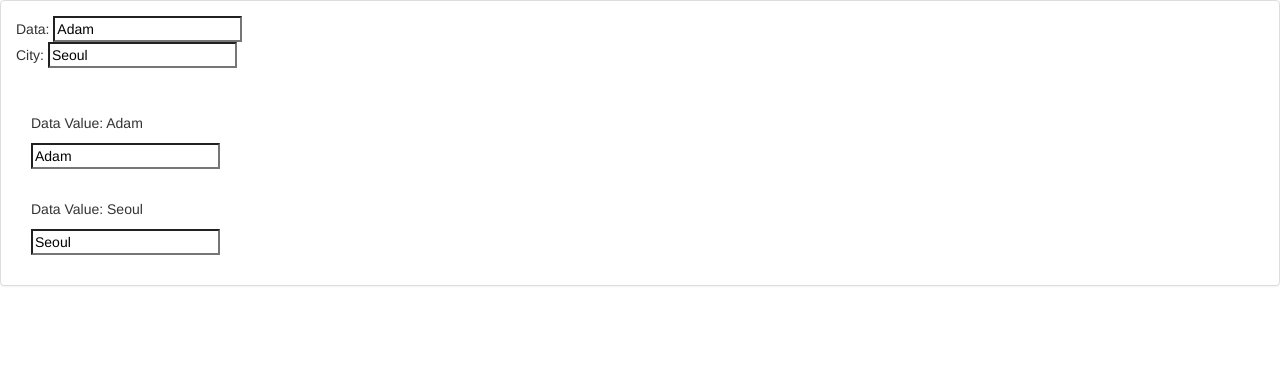
Repository: chisun-joung/workplace
Page: angularJS/WebContent/Chap16_CustomDirective/P500_Scope.html
An editor plug-in stored every save of this project. The page is shown before and after the next save, followed by the edit.
The browser window is 1280 px wide. The pictures show the whole page.
Some web libraries are served in a nearby version.

Above is the page before, as saved 2016-11-30 07:47:56.

### angularJS/WebContent/Chap16_CustomDirective/P500_Scope.html
<!DOCTYPE html>
<html ng-app="exampleApp">
<head>
	<title>Directive Scopes</title>
	<script src="https://ajax.googleapis.com/ajax/libs/angularjs/1.2.9/angular.js"></script>
	<link href="bootstrap.css" rel="stylesheet" />
	<link href="bootstrap-theme.css" rel="stylesheet" />
	<script type="text/ng-template" id="scopeTemplate">
		<div class="panel-body">
			<p>Data Value: {{local.name}}</p>
			<input ng-model="local.name" />
		</div>
		<div class="panel-body">
			<p>Data Value: {{city}}</p>
			<input ng-model="city" />
		</div>
	</script>
	<script type="text/javascript">
		angular.module("exampleApp", [])
			.directive("scopeDemo", function () {
				return {
					template: function() {
						return angular.element(document.querySelector("#scopeTemplate")).html();
					},
					scope:{
						// 연결관계를 끊고 자신이 속한 컨트롤러에서 필요한 데이터만
						// 연결해서 사용.
						// 서로 같은 주소값을 참조. 변수명 참조. 기본형도 동일
						// 디렉티브내부에서 사용할 변수명: = 태그프로퍼티명

						// 값으로 참조.
						// 디렉티브내부에서 사용할 변수명: @ 태그프로퍼티명

						// 함수를 전달할 목적으로 사용
						// 디렉티브내부에서 사용할 함수명: & 태그프로퍼티명

						local: '=userName',
						city: '@'
					}
				}
			})
		.controller("scopeCtrl", function ($scope) {
			$scope.data = { name: "Adam" };
			$scope.city = 'Seoul';

		});
	</script>
</head>
<body ng-controller="scopeCtrl">
	<div class="panel panel-default">
		<div class="panel-body">
			Data: <input ng-model="data.name" /><br>
			City: <input ng-model="city" />
		</div>
		<div class="panel-body"
			scope-demo
			user-name = "data"
			city="{{city}}"
			></div>
	</div>
</body>
</html>

Loaded but not shown: angularJS/WebContent/Chap16_CustomDirective/bootstrap.css (library); angularJS/WebContent/Chap16_CustomDirective/bootstrap-theme.css (library)

After the next save:
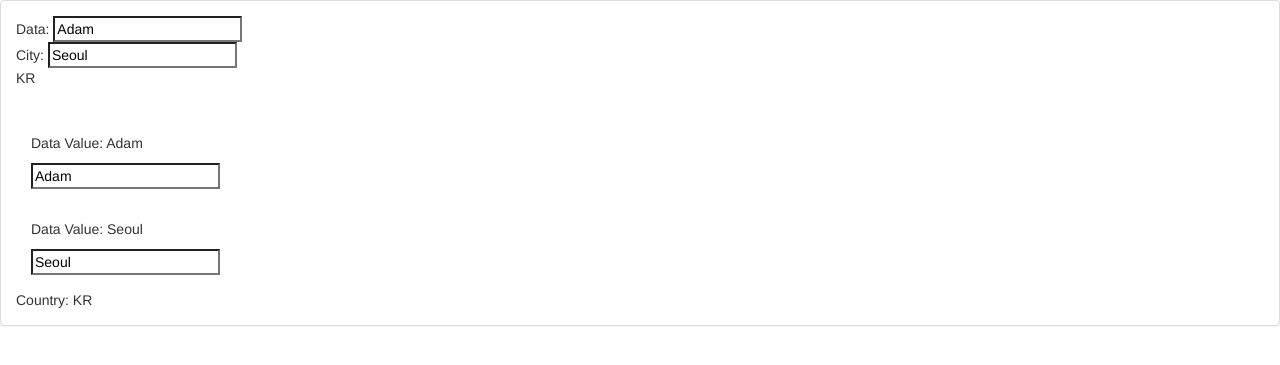
Saved 16 h 17 min later.
--- a/angularJS/WebContent/Chap16_CustomDirective/P500_Scope.html
+++ b/angularJS/WebContent/Chap16_CustomDirective/P500_Scope.html
@@ -14,6 +14,7 @@
 			<p>Data Value: {{city}}</p>
 			<input ng-model="city" />
 		</div>
+		<div>Country: {{getCountry()}}</div>
 	</script>
 	<script type="text/javascript">
 		angular.module("exampleApp", [])
@@ -35,7 +36,8 @@
 						// 디렉티브내부에서 사용할 함수명: & 태그프로퍼티명
 
 						local: '=userName',
-						city: '@'
+						city: '@',
+						getCountry: '&'
 					}
 				}
 			})
@@ -43,6 +45,16 @@
 			$scope.data = { name: "Adam" };
 			$scope.city = 'Seoul';
 
+			$scope.getCountry = function(value){
+				switch(value){
+				case 'Seoul':
+					return "KR";
+				case 'London':
+					return 'UK';
+				default:
+					return 'Unknow';
+				}
+			}
 		});
 	</script>
 </head>
@@ -50,13 +62,23 @@
 	<div class="panel panel-default">
 		<div class="panel-body">
 			Data: <input ng-model="data.name" /><br>
-			City: <input ng-model="city" />
+			City: <input ng-model="city" /><br>
+
+			{{getCountry(city)}}
 		</div>
 		<div class="panel-body"
 			scope-demo
 			user-name = "data"
 			city="{{city}}"
+			get-country="getCountry(city)"
 			></div>
+		<!-- 함수는 전달하는 곳에서 매개변수의 값을 세팅해서 넘긴다.
+			따라서 지시자 내부에서는 이름 뒤에 함수호출 ()만 한다.
+
+			만약 매개변수에서 사용할 값이 현재 controller 영역(scope)에 없고
+			지시자의 scope의 영역에 있는 경우는 전달하는 곳에서는 가상의 값으로
+			전달하고 지사자 내부에서 그 가상의 값을 실 사용 변수로 변경해서 사용
+		 -->
 	</div>
 </body>
 </html>
